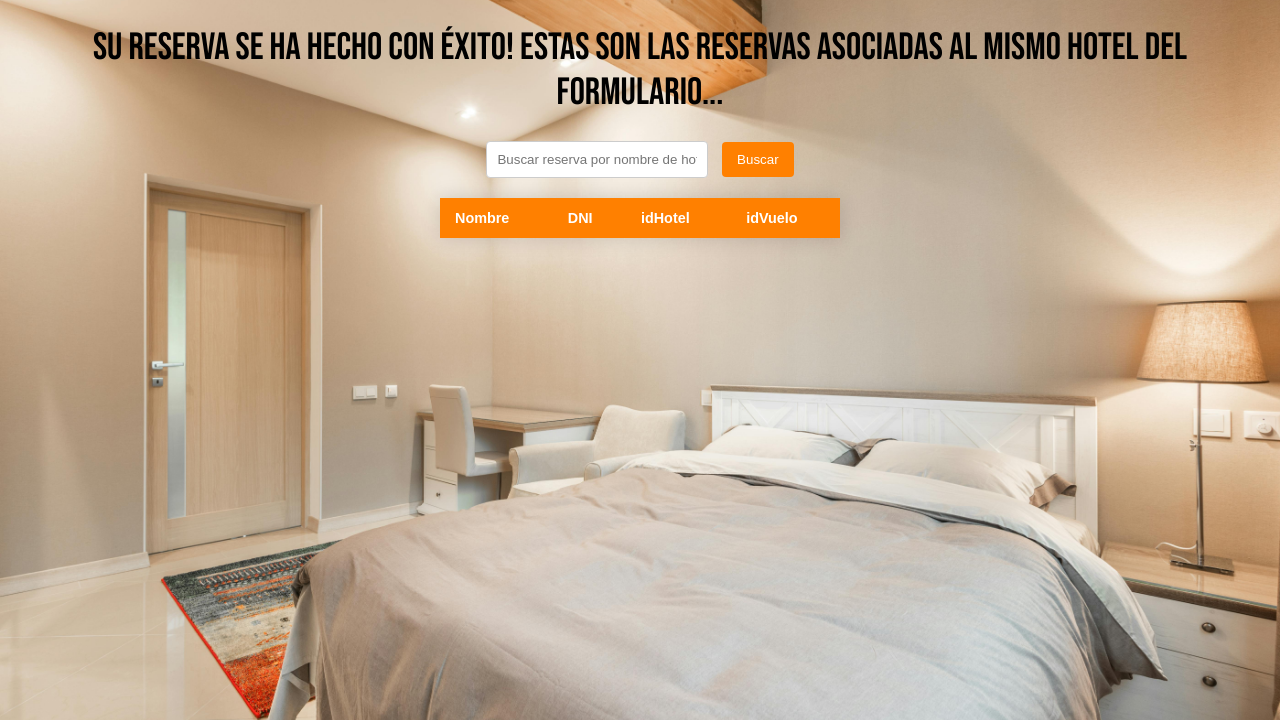
Repository: craschelf/GestionDeViajes-Microservicios
Page: http://localhost/listaReservas
An editor plug-in stored every save of this project. The page is shown before and after the next save, followed by the edit.
The browser window is 1280 px wide. The pictures show the whole page.
The page is this project's Thymeleaf template; nobody is signed in. The template is opened directly, without the code that normally fills it, so the values that code supplies are empty.

Above is the page before, as saved 2024-06-06 14:16:29.

After the next save:
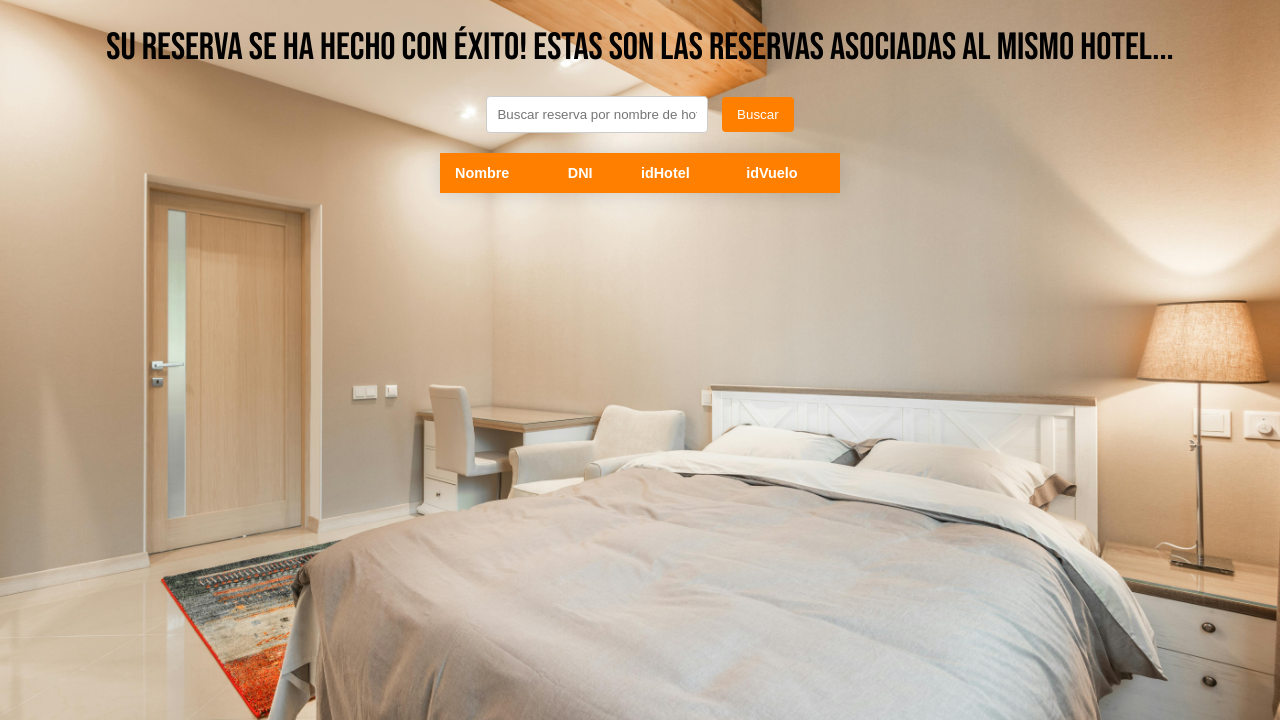
Saved 11 s later.
--- a/FrontProyectoFinal/src/main/resources/templates/listaReservas.html
+++ b/FrontProyectoFinal/src/main/resources/templates/listaReservas.html
@@ -11,7 +11,7 @@
     <link href="https://fonts.googleapis.com/css2?family=Bebas+Neue&display=swap" rel="stylesheet">
 </head>
 <body>
-    <h1>Su reserva se ha hecho con éxito! Estas son las reservas asociadas al mismo hotel del formulario...</h1>
+    <h1>Su reserva se ha hecho con éxito! Estas son las reservas asociadas al mismo hotel...</h1>
 	<form action="/reservas/buscar" method="get" class="search-container">
 	    <input type="text" id="nombre" name="nombre" placeholder="Buscar reserva por nombre de hotel..."/>
 	    <button type="submit">Buscar</button>
